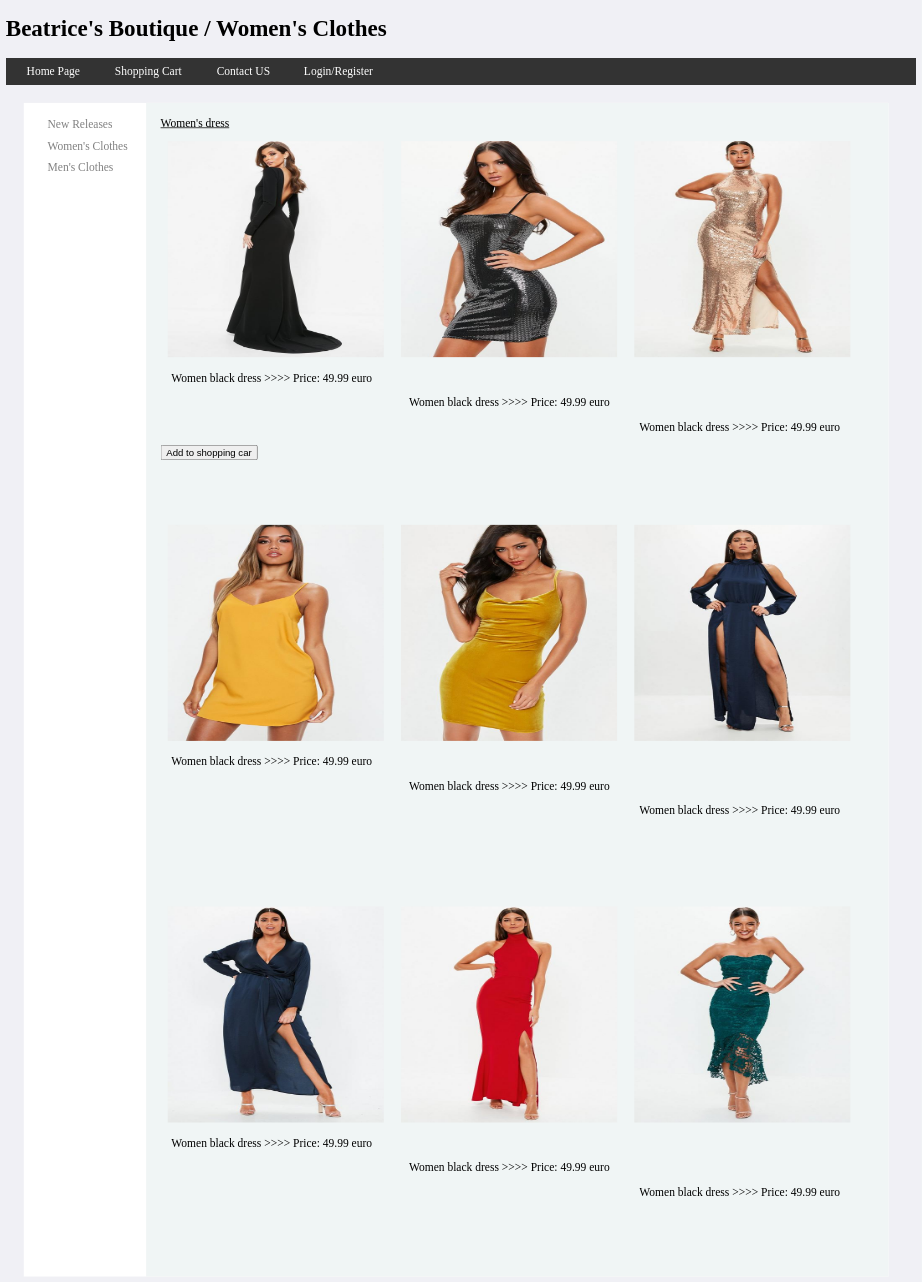
Repository: IosifDobos/Beatrice-Boutique
Page: BeatriceBoutique/Java/WorkSpace/BeatriceBoutique/WebContent/womensClothes.html
The author's editor kept a copy of each file at every save. The page is drawn from the files as they stood at one save, then again after the next save.
The browser window is 1280 px wide. The pictures show the whole page, at 72% of full size.

Above is the page before, as saved 2018-12-04 17:47:57.

After the next save:
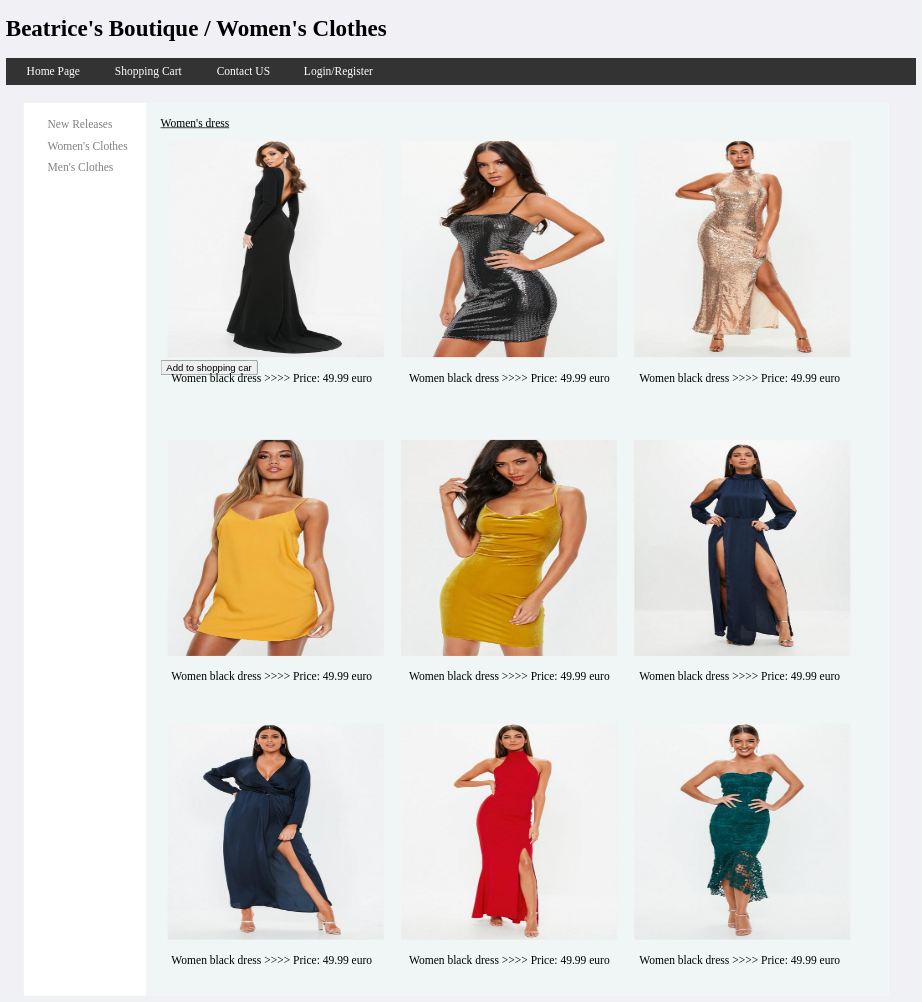
Saved 26 s later.
--- a/BeatriceBoutique/Java/WorkSpace/BeatriceBoutique/WebContent/styleSheet.css
+++ b/BeatriceBoutique/Java/WorkSpace/BeatriceBoutique/WebContent/styleSheet.css
@@ -98,17 +98,17 @@ li a:hover {
 
 
 #product-1{
-	position: relative;
+	position: absolute;
 	margin-left: 15px;
 }
 
 #product-2{
-	position: relative;
+	position: absolute;
 	margin-left: 345px;
 }
 
 #product-3{
-	position: relative;
+	position: absolute;
 	margin-left: 665px;
 }
 
